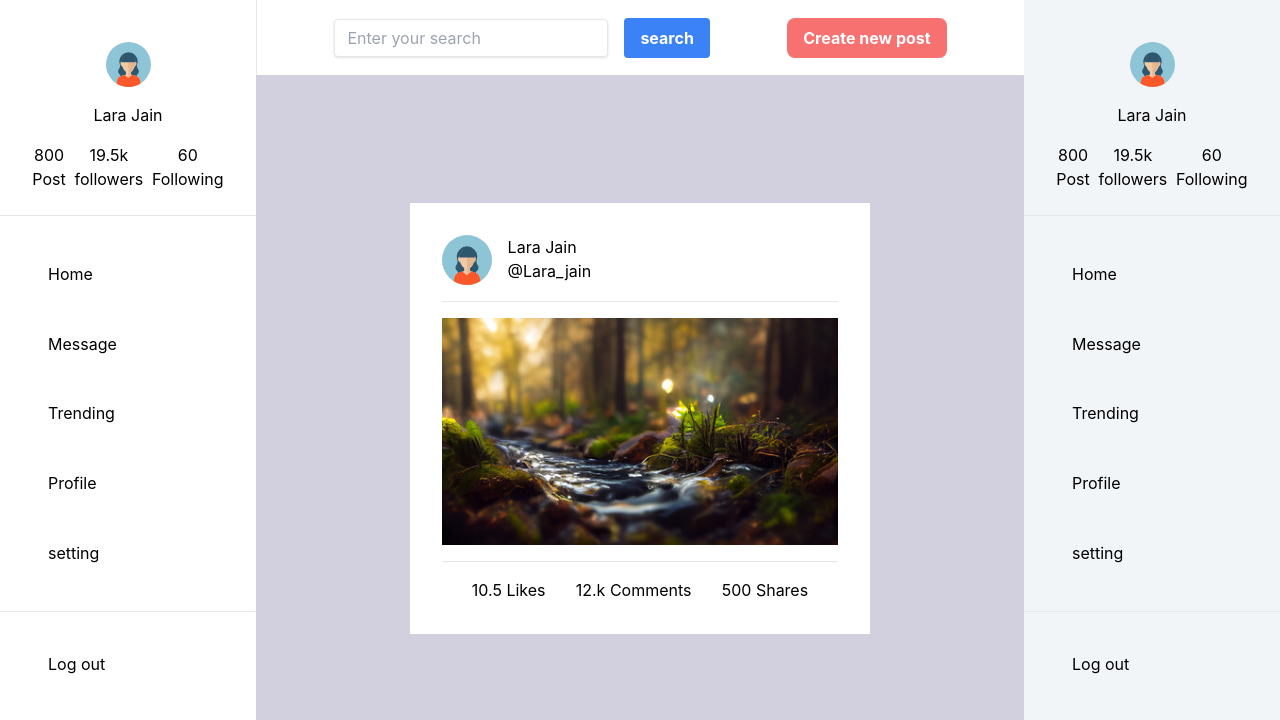
Repository: cosmicswati/upgrad-captions-project
Page: /account/signin
These files come from the project's save history. The page is drawn as it stood at one moment and after the next save; the edit follows.
The browser window is 1280 px wide. The pictures show the whole page.
An inner scrolling area shows only its first screen. The project was rebuilt for these pictures with package versions that can differ from the ones it lists, and the page was loaded fresh each time. Also part of the build but not shown: src/modules/Authorization/Form.jsx, src/modules/Authorization/index.js.

Above is the page before, as saved 2024-04-10 10:31:37.

### src/index.css
@tailwind base;
@tailwind components;
@tailwind utilities;

body {
  margin: 0;
  font-family: -apple-system, BlinkMacSystemFont, 'Segoe UI', 'Roboto', 'Oxygen',
    'Ubuntu', 'Cantarell', 'Fira Sans', 'Droid Sans', 'Helvetica Neue',
    sans-serif;
  -webkit-font-smoothing: antialiased;
  -moz-osx-font-smoothing: grayscale;
}

code {
  font-family: source-code-pro, Menlo, Monaco, Consolas, 'Courier New',
    monospace;
}

.scrollbar-hide::-webkit-scrollbar{
  display: none;
}

### src/App.js
import Auth from "./modules/Authorization";
import Home from "./modules/Home";


function App() {
  return (
    <div>
      {/* <Auth />  */}
      <Home />
    </div>
  );
}

export default App;

### src/modules/Home/index.js
import React from 'react'
import { ReactComponent as Avatar } from '../../assets/Avatar.svg'
import Input from '../../components/Input';
import Button from '../../components/Button';
import postImg from '../../assets/postImg.jpg'

const Home = () => {
  return (
    <div className='h-screen bg-[#d2cfdf]  flex overflow-hidden'>
        <div className='w-[20%] bg-white flex flex-col'>
            <div className='h-[30%] flex justify-center items-center border-b'>
                <div className='flex flex-col justify-center items-center'>
                    <Avatar width={'45px'} height={'45px'}/>
                    <p className='my-4'>Lara Jain</p>
                    <div className='h-[30px] flex justify-around w-[200px] text-center'>
                        <div className='flex flex-col justify-around items-center'>
                            <h4>800</h4>
                            <p>Post</p>
                        </div>
                        <div>
                            <h4>19.5k</h4>
                            <p>followers</p>
                        </div>
                        <div>
                            <h4>60</h4>
                            <p>Following</p>
                        </div>
                    </div>
                </div>
            </div>
            <div className='h-[55%] flex flex-col justify-evenly pl-12 border-b'>
                    <div>Home</div>
                    <div>Message</div>
                    <div>Trending</div>
                    <div>Profile</div>
                    <div>setting</div>
            </div>
            <div className='h-[15%] pt-10'>
                <div className='ml-12 cursor-pointer'>Log out</div>
            </div>
        </div>
        <div className='w-[60%] overflow-scroll h-full scrollbar-hide'>
            <div className='bg-white h-[75px] border-l flex justify-evenly items-center pt-4'>
                 <div className='flex justify-center items-center'>
                    <Input placeholder='Enter your search '/>
                    <Button label='search'  className='mb-4 ml-4'/>
                 </div>
                 <Button label='Create new post'  className='rounded-lg bg-red-400 hover:bg-red-500 mb-4'/>
            </div>
            <div className='bg-white w-[60%]  mx-auto mt-32 p-8'>
                <div className='border-b flex item-center pb-4 mb-4'>
                    <Avatar width={'50px'} height={'50px'} />
                   <div className='ml-4'>
                   <h3>Lara Jain</h3>
                    <p>@Lara_jain</p>
                   </div>
                </div>
                <div className='border-b pb-4 mb-4'>
                    <img src={postImg} width={'500px'}/>
                </div>
                <div className='flex justify-evenly mt-4'>
                    <div>10.5 Likes</div>
                    <div>12.k Comments</div>
                    <div>500 Shares</div>
                </div>
            </div>
            <div className='bg-white w-[60%]  mx-auto mt-32 p-8'>
                <div className='border-b flex item-center pb-4 mb-4'>
                    <Avatar width={'50px'} height={'50px'} />
                   <div className='ml-4'>
                   <h3>Lara Jain</h3>
                    <p>@Lara_jain</p>
                   </div>
                </div>
                <div className='border-b pb-4 mb-4'>
                    <img src={postImg} width={'500px'}/>
                </div>
                <div className='flex justify-evenly mt-4'>
                    <div>10.5 Likes</div>
                    <div>12.k Comments</div>
                    <div>500 Shares</div>
                </div>
            </div>
        </div>

        <div className='w-[20%] bg-[#F2F5F8]'>
            <div className='h-[30%] flex justify-center items-center border-b'>
                <div className='flex flex-col justify-center items-center'>
                    <Avatar width={'45px'} height={'45px'}/>
                    <p className='my-4'>Lara Jain</p>
                    <div className='h-[30px] flex justify-around w-[200px] text-center'>
                        <div className='flex flex-col justify-around items-center'>
                            <h4>800</h4>
                            <p>Post</p>
                        </div>
                        <div>
                            <h4>19.5k</h4>
                            <p>followers</p>
                        </div>
                        <div>
                            <h4>60</h4>
                            <p>Following</p>
                        </div>
                    </div>
                </div>
            </div>
            <div className='h-[55%] flex flex-col justify-evenly pl-12 border-b'>
                    <div>Home</div>
                    <div>Message</div>
                    <div>Trending</div>
                    <div>Profile</div>
                    <div>setting</div>
            </div>
            <div className='h-[15%] pt-10'>
                <div className='ml-12 cursor-pointer'>Log out</div>
            </div>
        </div>
    </div>
  )
}

export default Home

### src/components/Input/index.js
import React from 'react'

const Input = ({
    name = '',
    label ='',
    type ='',
    placeholder =''
}) => {
  return (
    <div class="mb-4">
        {
          label &&
          <label class="block text-gray-700 text-sm font-bold mb-2" for={name}>
             {label}
          </label>
        }

        <input class="shadow apperance-none border rounded w-full py-2 px-3
         text-gray-700 leading-tight focus:outline-none focus:shadow-outline"
         id={name} type={type} placeholder={placeholder} />

    </div>
  )

}

export default Input

### src/components/Button/index.js
import React from 'react'

const Button = ({
    label ='',
    className =''
}) => {
  return (
    <button className={`bg-blue-500 hover:bg-blue-700 text-white font-bold py-2 px-4 rounded ${className}`}>
      {label}
  </button>
  )
}

export default Button

### tailwind.config.js
/** @type {import('tailwindcss').Config} */
module.exports = {
 mode:'jit',
 purge: [
  './public/**/*.html',
  './src/**/*.{js,jsx,ts,tsx,vue}',
 ],
  content: [
    "./src/**/*.{js,jsx,ts,tsx}",
  ],
  theme: {
    extend: {},
  },
  plugins: [],
}

Loaded but not shown: public/index.html (common file); src/index.js (common file); src/reportWebVitals.js (common file)

After the next save:
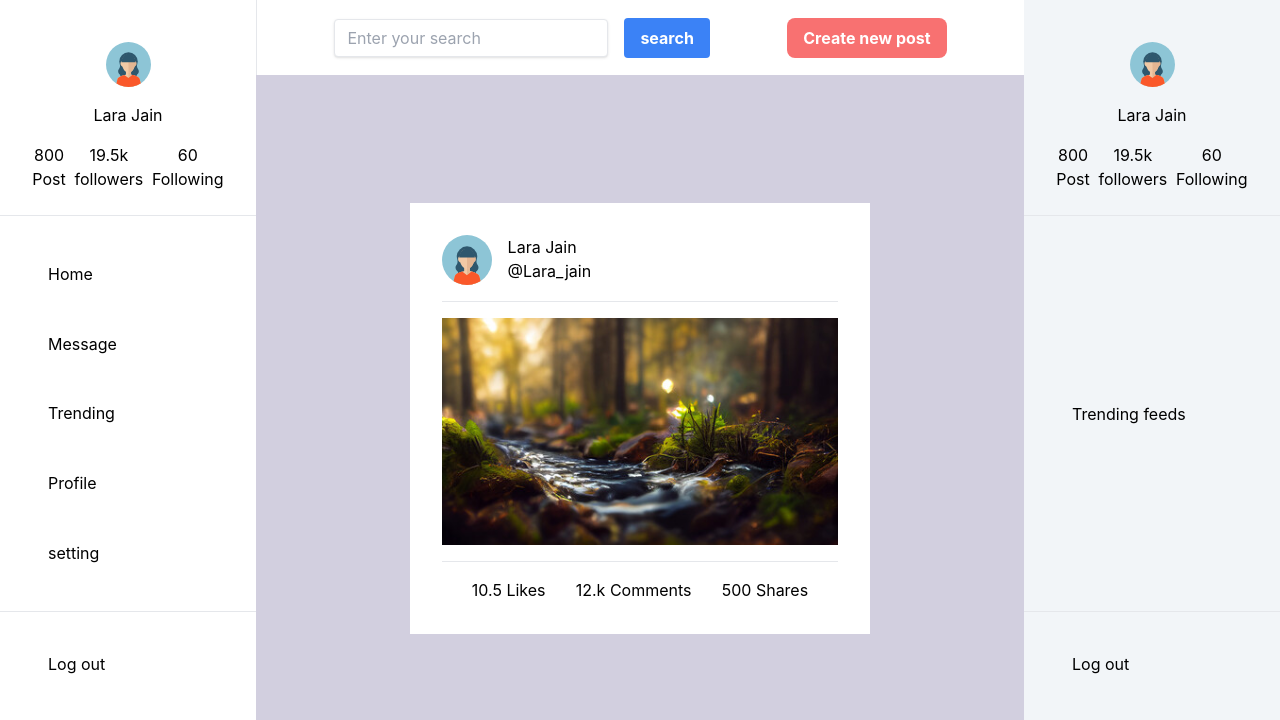
Saved 66 s later.
--- a/src/modules/Home/index.js
+++ b/src/modules/Home/index.js
@@ -105,11 +105,8 @@ const Home = () => {
                 </div>
             </div>
             <div className='h-[55%] flex flex-col justify-evenly pl-12 border-b'>
-                    <div>Home</div>
-                    <div>Message</div>
-                    <div>Trending</div>
-                    <div>Profile</div>
-                    <div>setting</div>
+                    <div>Trending feeds</div>
+
             </div>
             <div className='h-[15%] pt-10'>
                 <div className='ml-12 cursor-pointer'>Log out</div>
